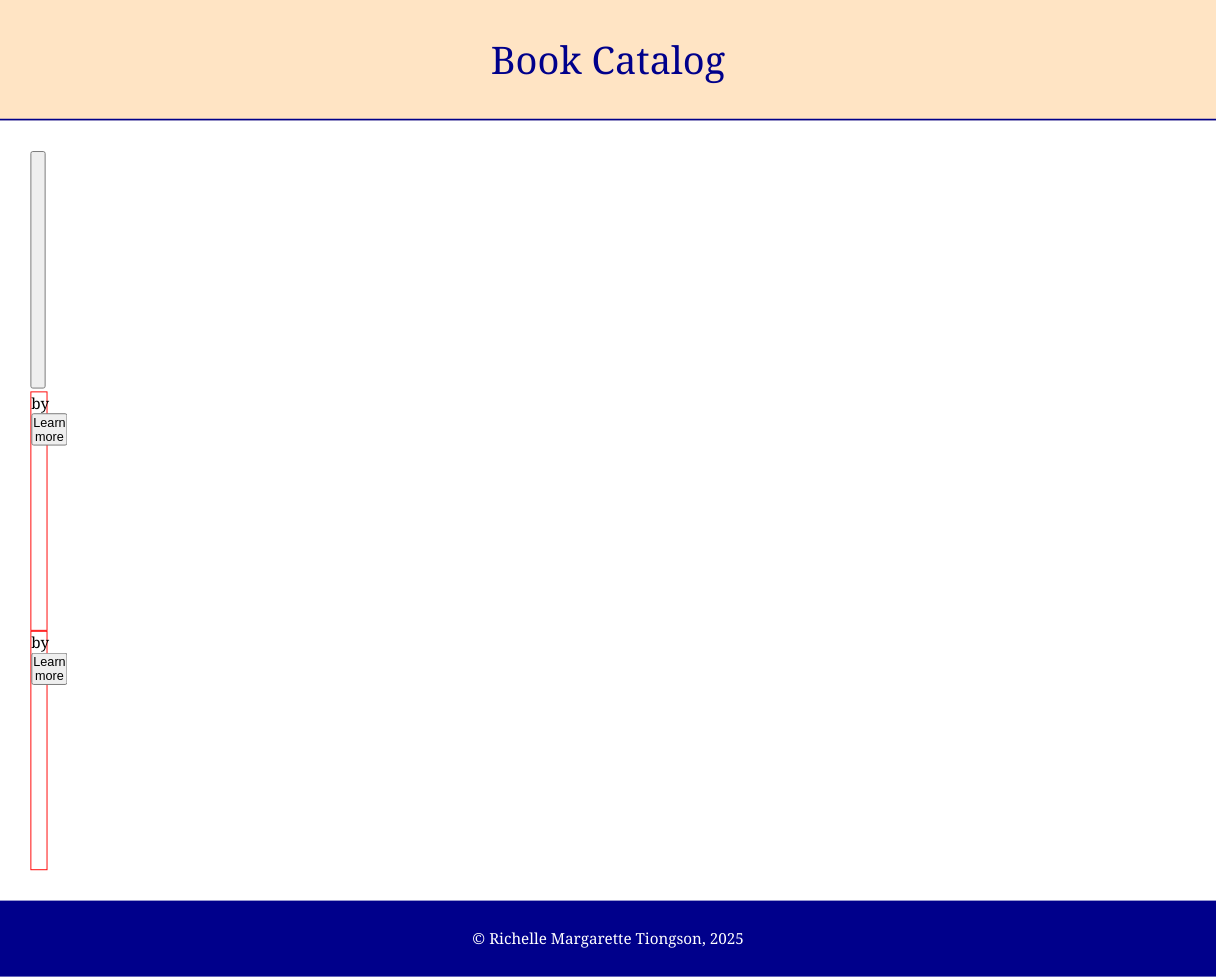
Repository: richelletiongson/comp3170_lab01
Page: /
The author's editor kept a copy of each file at every save. The page is drawn from the files as they stood at one save, then again after the next save.
The browser window is 1280 px wide. The pictures show the whole page, at 95% of full size.
The project was rebuilt for these pictures with package versions that can differ from the ones it lists, and the page was loaded fresh each time. Also part of the build but not shown: vite.config.js.

Above is the page before, as saved 2025-09-14 00:01:26.

### index.html
<!doctype html>
<html lang="en">
  <head>
    <meta charset="UTF-8" />
    <link rel="stylesheet" href="src/index.css"/>
    <meta name="viewport" content="width=device-width, initial-scale=1.0" />
    <title>Book Catalog</title>
  </head>
  <body>
    <div id="root"></div>
    <script type="module" src="/src/main.jsx"></script>
  </body>
</html>

### src/index.css
* {
  margin: 0;
  padding: 0;
}

body {
  font-family: 'Georgia', 'Times New Roman', serif;
  height: 100vh;
  display: flex;
  flex-direction: column;
}

.app {
  display: flex;
  flex-direction: column;
  min-height: 100vh;
}

.header {
  background-color: bisque;
  height: 125px;
  display: flex;
  align-items: center;
  justify-content: center;
  border-bottom: 2px solid darkblue;
}

.header-title {
  color: darkblue;
  font-size: 2.5rem;
  font-weight: normal;
  text-align: center;
  margin: 0;
}

.book {
  border: solid 1px red;
  height:250px;
  width:1rem;
}

.new {
  height:250px;
  width:1rem;
}

.main-content {
  flex: 1;
  background-color: #FFFFFF;
  padding: 2rem;
}

.footer {
  background-color: darkblue;
  height: 80px;
  display: flex;
  align-items: center;
  justify-content: center;
}

.footer-text {
  color: #FFFFFF;
  font-size: 1rem;
  margin: 0;
  text-align: center;
}

### src/App.jsx

import './index.css'
import Book from './Book'

function App() {
  return (
    <div className="app">
      <header className="header">
        <h1 className="header-title">Book Catalog</h1>
      </header>

      <main className="main-content">
        <button className="new"></button>
        <Book/>
        <Book/>
      </main>

      <footer className="footer">
        <p className="footer-text">© Richelle Margarette Tiongson, 2025</p>
      </footer>
    </div>
  )
}

export default App

### src/Book.jsx
import './index.css'

function Book(props) {
    return (
        <div className="book">
            <image src={props.image}></image>
            <div>
                <p>by</p>
                <p>{props.author}</p>
            </div>
            <button>Learn more</button>
        </div>
    );
}

export default Book;

Loaded but not shown: src/main.jsx (common file)

After the next save:
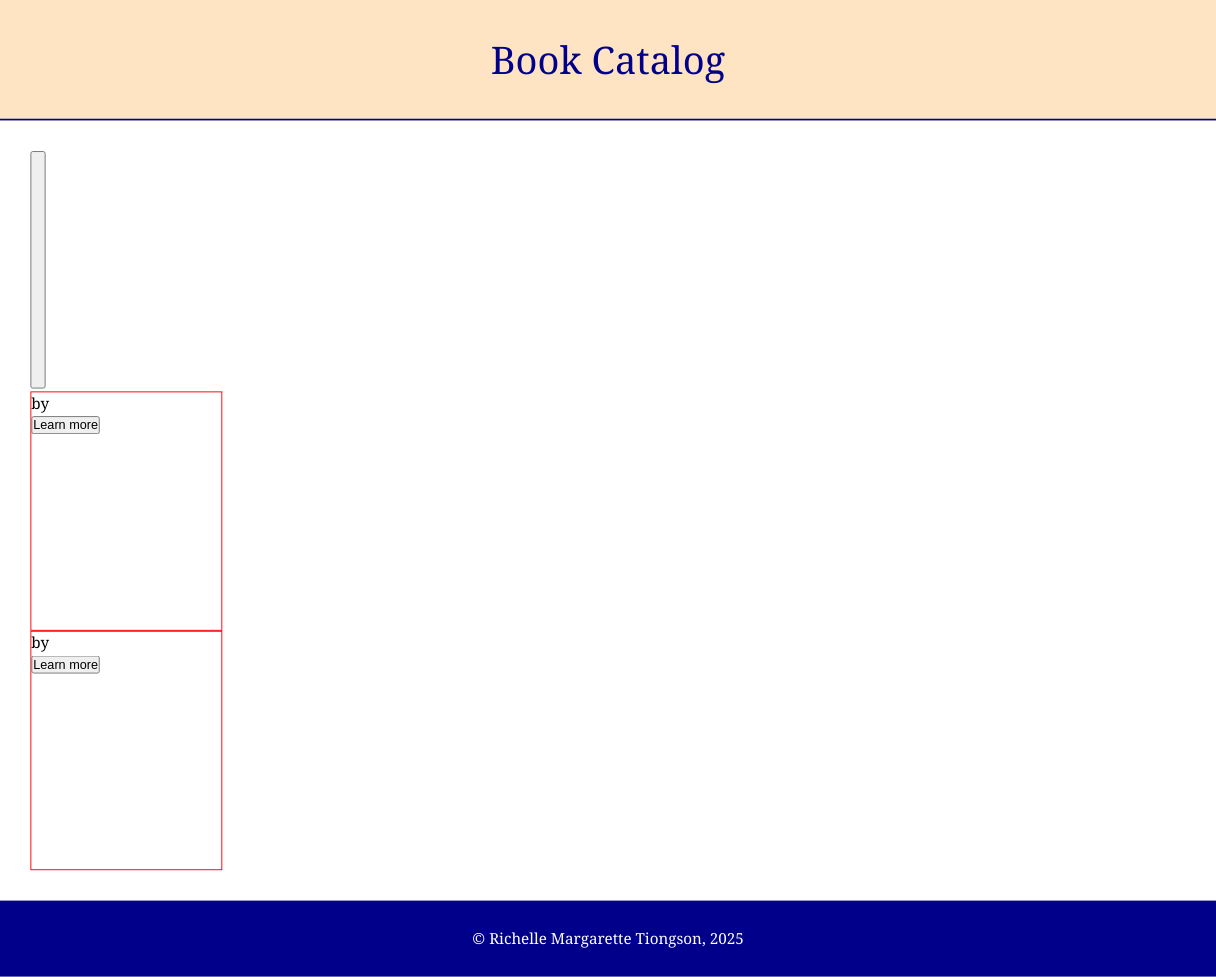
Saved 46 s later.
--- a/src/index.css
+++ b/src/index.css
@@ -36,7 +36,7 @@ body {
 .book {
   border: solid 1px red;
   height:250px;
-  width:1rem;
+  width:200px;
 }
 
 .new {
